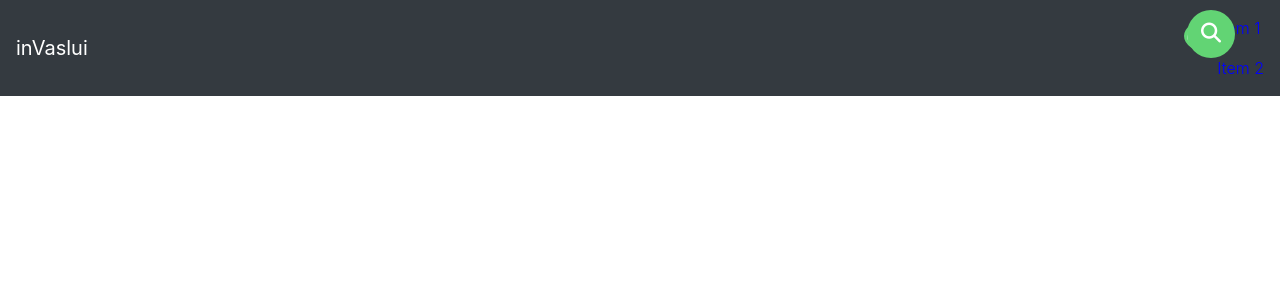
Repository: nicolasolo/in-vaslui
Page: index.html
These files come from the project's save history. The page is drawn as it stood at one moment and after a run of saves; the edit follows.
The browser window is 1280 px wide. The pictures show the whole page.
Some web libraries are served in a nearby version.

Above is the page before, as saved 2020-03-29 21:16:33.

### index.html
<!DOCTYPE html>
<!--[if lt IE 7]>      <html class="no-js lt-ie9 lt-ie8 lt-ie7"> <![endif]-->
<!--[if IE 7]>         <html class="no-js lt-ie9 lt-ie8"> <![endif]-->
<!--[if IE 8]>         <html class="no-js lt-ie9"> <![endif]-->
<!--[if gt IE 8]><!--> <html class="no-js"> <!--<![endif]-->
    <head>
        <meta charset="utf-8">
        <meta http-equiv="X-UA-Compatible" content="IE=edge">
        <title></title>
        <meta name="description" content="">
        <meta name="viewport" content="width=device-width, initial-scale=1">
        <link rel="stylesheet" href="https://stackpath.bootstrapcdn.com/bootstrap/4.4.1/css/bootstrap.min.css" integrity="sha384-Vkoo8x4CGsO3+Hhxv8T/Q5PaXtkKtu6ug5TOeNV6gBiFeWPGFN9MuhOf23Q9Ifjh" crossorigin="anonymous">
        <script src="https://kit.fontawesome.com/9e80a3f6b7.js" crossorigin="anonymous"></script>
        <link rel="stylesheet" href="./css/vaslui.css">

    </head>
    <body>
        <!--[if lt IE 7]>
            <p class="browsehappy">You are using an <strong>outdated</strong> browser. Please <a href="#">upgrade your browser</a> to improve your experience.</p>
        <![endif]-->
        <header>
            <nav class="navbar navbar-dark bg-dark fixed-top">
                <a class="navbar-brand">inVaslui</a>


                <div class="searc-box">
                    <input type="text" class="input" placeholder="Search">
                    <div class="btn">
                        <i class="fa-search fas" aria-hidden="true"></i>
                    </div>
                </div>

                <div id="side_nav">
                    <ul class="navbar-nav mr-auto">
                        <li class="nav-item active">
                            <a class="nav-link" href="#">Item 1 <span class="sr-only">(current)</span></a>
                        </li>
                        <li class="nav-item">
                            <a class="nav-link disabled" href="#" tabindex="-1" aria-disabled="true">Item 2</a>
                        </li>
                    </ul>
                </div>


                </div>
            </nav>
        </header>
        <script src="https://code.jquery.com/jquery-3.4.1.slim.min.js" integrity="sha384-J6qa4849blE2+poT4WnyKhv5vZF5SrPo0iEjwBvKU7imGFAV0wwj1yYfoRSJoZ+n" crossorigin="anonymous"></script>
<script src="https://cdn.jsdelivr.net/npm/popper.js@1.16.0/dist/umd/popper.min.js" integrity="sha384-Q6E9RHvbIyZFJoft+2mJbHaEWldlvI9IOYy5n3zV9zzTtmI3UksdQRVvoxMfooAo" crossorigin="anonymous"></script>
<script src="https://stackpath.bootstrapcdn.com/bootstrap/4.4.1/js/bootstrap.min.js" integrity="sha384-wfSDF2E50Y2D1uUdj0O3uMBJnjuUD4Ih7YwaYd1iqfktj0Uod8GCExl3Og8ifwB6" crossorigin="anonymous"></script>
        <script src="" async defer></script>
        <script src="./js/vaslui.js"></script>
    </body>
</html>

### css/vaslui.css
a.navbar-brand{
    margin: auto;
    text-align: center;
    flex: content;
    display: flex;
    align-self: center;
}

.search-box{
    width: 5rem;
    height: auto;
    position: relative;
}
.input{
    position: absolute;
    top: 20px;
    right: 50px;
    box-sizing: border-box;
    width: 0px;
    height: 2rem;
    padding: 0 20px;
    outline: none;
    font-size: 18px;
    border-radius: 50%;
    color: #29313a;
    border: 3px solid #62d474;
    transition: all 0.8s ease;

}

::-webkit-input-placeholder{
    color: #62d474;
}

::-moz-placeholder{
    color: #62d474;
}

:-ms-input-placeholder{
    color: #62d474;
}

.btn{
    position: absolute;
    width: 3rem;
    height: 3rem;
    background: #62d474;
    border-radius: 50%;
    right: 45px;
    top: 10px;
    cursor: pointer;
    text-align: center;
    line-height: 2rem;
    font-size: 20px;
    color: #fff;
    transition: all 0.8s ease;
}

.input.active{
    width: fit-content;
    right: 100px;
}

.btn.animate{
    transform: rotate(-360deg);
    right: 100px;
}
ul.navbar-nav{
    color: black;

}
#side_nav ul a.nav-link{
    font-weight: 300;
    color: blue;
}

### js/vaslui.js
var sideNav = document.querySelector('#side_nav');
var sideNavButton = document.querySelector(".navbar-toggler");



function openNav() {
    $sideNav.toggle().width="100%";
}
function closeNav(){
    sideNav.style.width="0";
}
$(document).ready(function(){

$("button").click(function() {
    $(sideNav).toggle(1000);
});
});

After the next 2 saves:
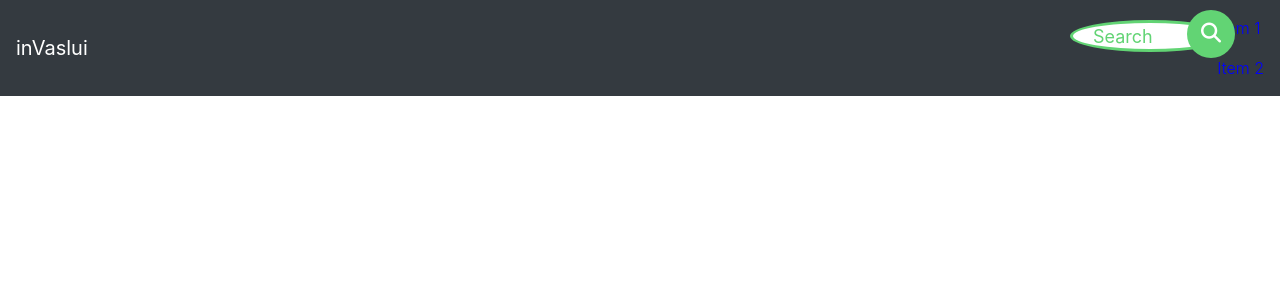
The 2 saves are shown as one change because they came seconds apart.
The last was saved 20 s later.
--- a/css/vaslui.css
+++ b/css/vaslui.css
@@ -16,7 +16,7 @@ a.navbar-brand{
     top: 20px;
     right: 50px;
     box-sizing: border-box;
-    width: 0px;
+    width: 10rem;
     height: 2rem;
     padding: 0 20px;
     outline: none;
